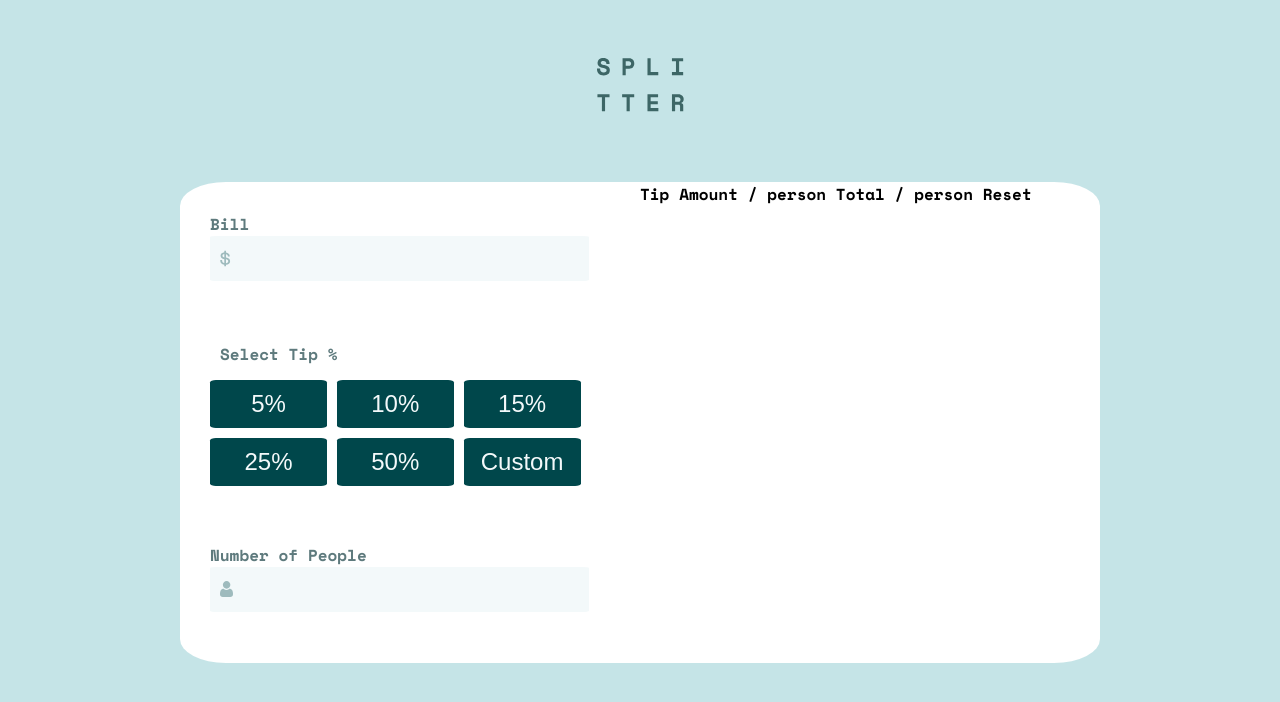
Repository: Arkitecth/tip-calculator
Page: index.html
These files come from the project's save history. The page is drawn as it stood at one moment and after the next save; the edit follows.
The browser window is 1280 px wide. The pictures show the whole page.

Above is the page before, as saved 2023-06-09 18:18:00.

After the next save:
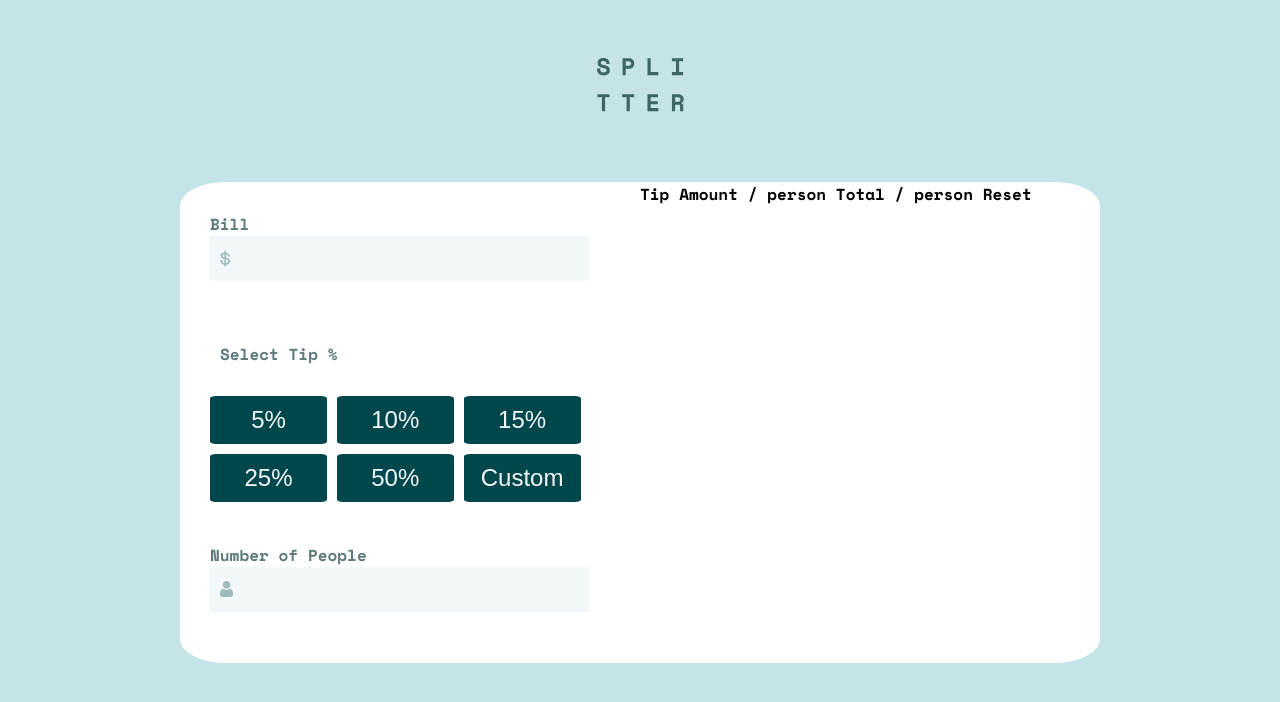
Saved 5 s later.
--- a/styles.css
+++ b/styles.css
@@ -79,7 +79,7 @@
     margin-bottom: 10px;
     background-color:#00474B;
     color: #f3F9FA;
-    transform: translateY(4px);
+    transform: translateY(20px);
     font-size: 1.5rem;
     border: none;
     border-radius: 5%;
